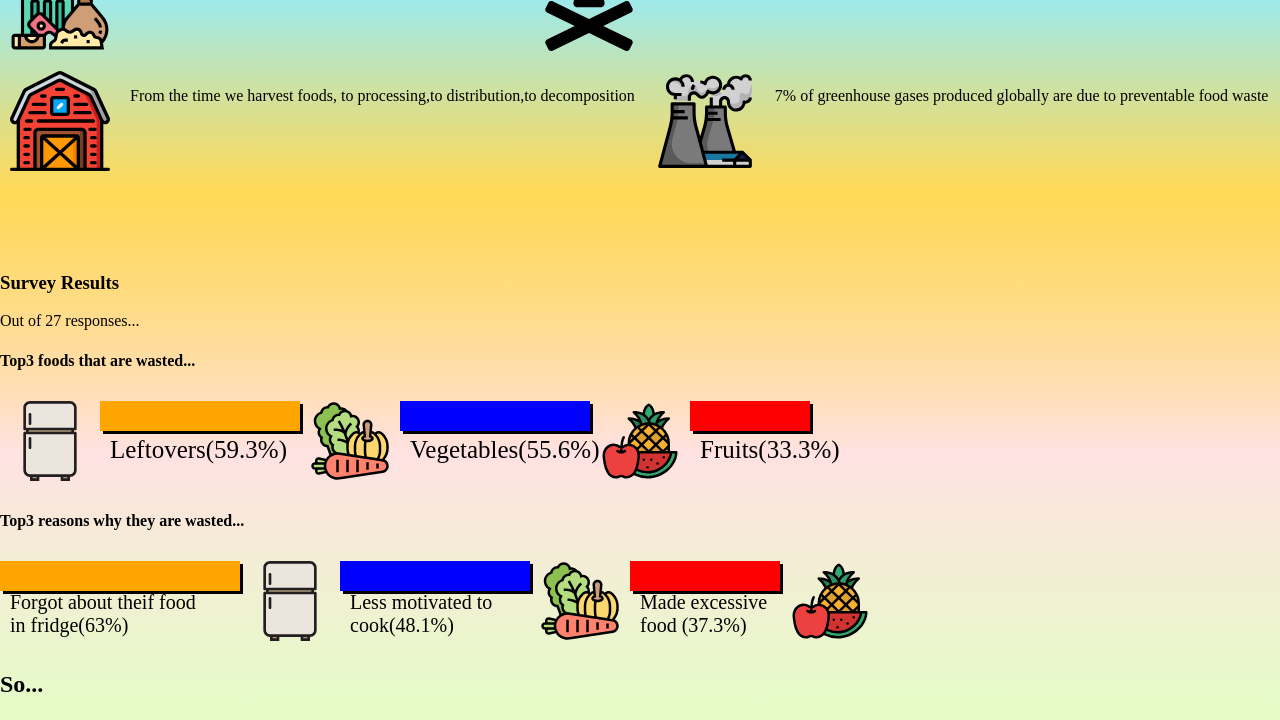
Repository: iorid3/Midterm
Page: index.html
The author's editor kept a copy of each file at every save. The page is drawn from the files as they stood at one save, then again after the next save.
The browser window is 1280 px wide. The pictures show the whole page.
An inner scrolling area shows only its first screen.

Above is the page before, as saved 2021-03-08 12:57:52.

After the next save:
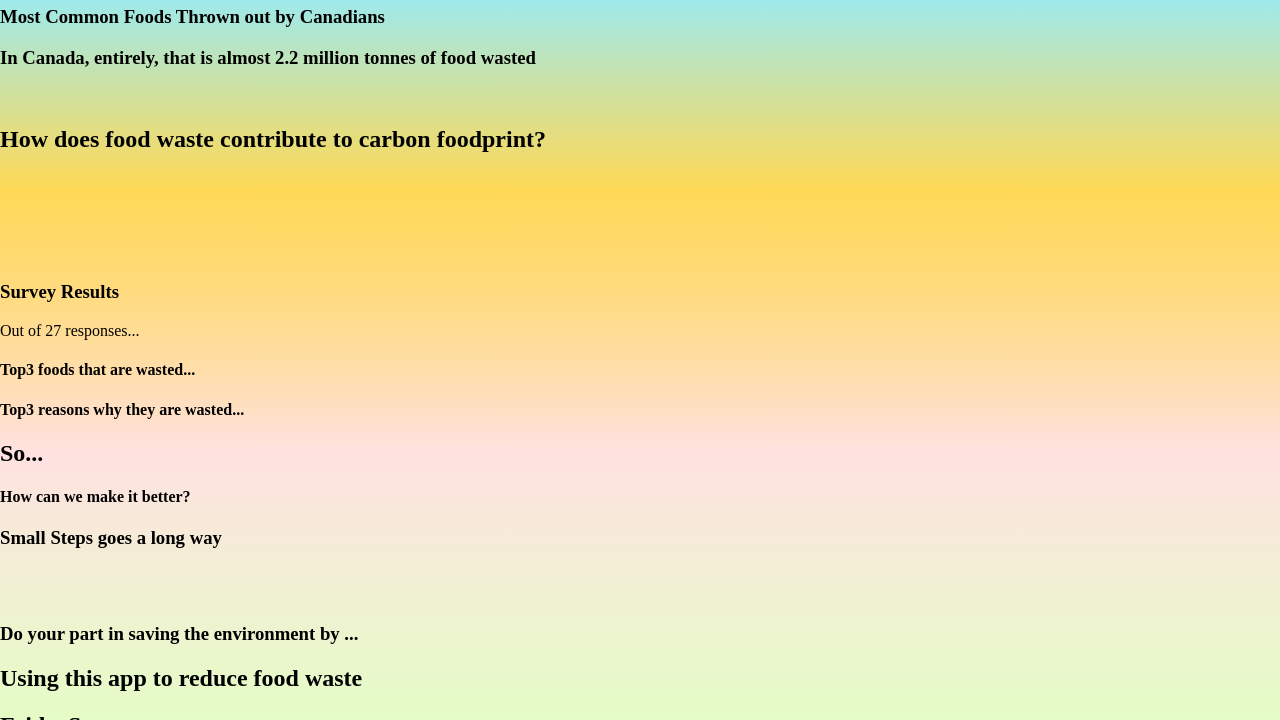
Console error: ReferenceError: Carboncomp is not defined
Saved 8 min 27 s later.
--- a/index.html
+++ b/index.html
@@ -138,31 +138,6 @@
                <div class = "rank2"></div>
            </div> -->
     </div>
-<<<<<<< HEAD
-
-=======
-
-
-
-
-
-
-
-
-
-
-
-
-
-
-
-
-<script src="./Comps/comp1/index.js"></script>
-<script src="./Comps/comp2/index.js"></script>
- <script src = ./comps/comp6/index.js></script>
- <script src = ./comps/comp7/index.js></script>
- <script src = ./comps/comp8/index.js></script>
->>>>>>> a2cc68d29d885ef39cad26450440fed737789251
 
 
 <script src = ./comps/comp3/index.js></script>
